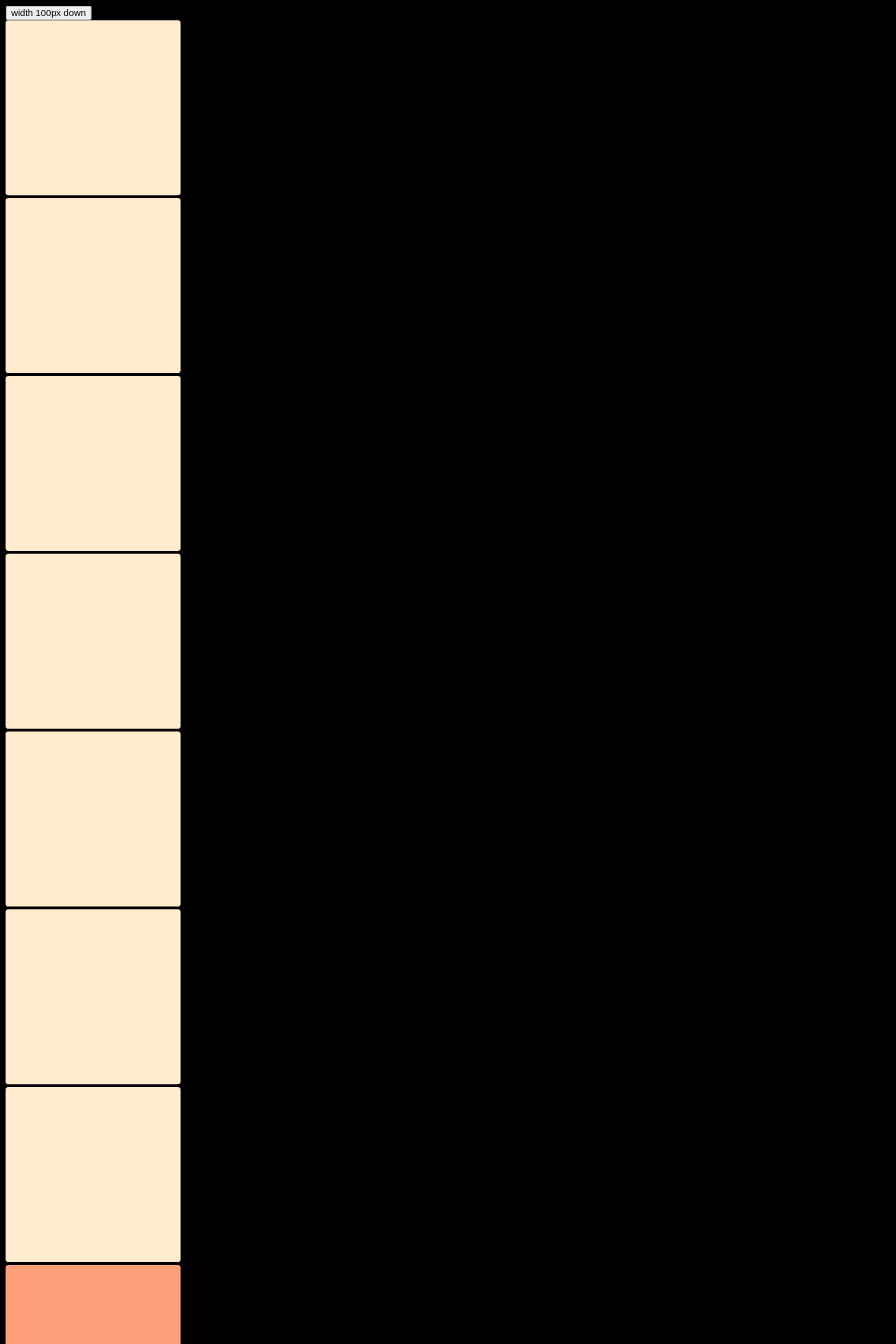
Repository: woojinShim/Browser-Study
Page: window-coordinates.html
The author's editor kept a copy of each file at every save. The page is drawn from the files as they stood at one save, then again after the next save.
The browser window is 1280 px wide. The pictures show the part of the page from y = 0 to 1920 px (the page is 2573 px tall before and 2577 px after), at 70% of full size.

Above is the page before, as saved 2022-02-02 20:36:46.

After the next save:
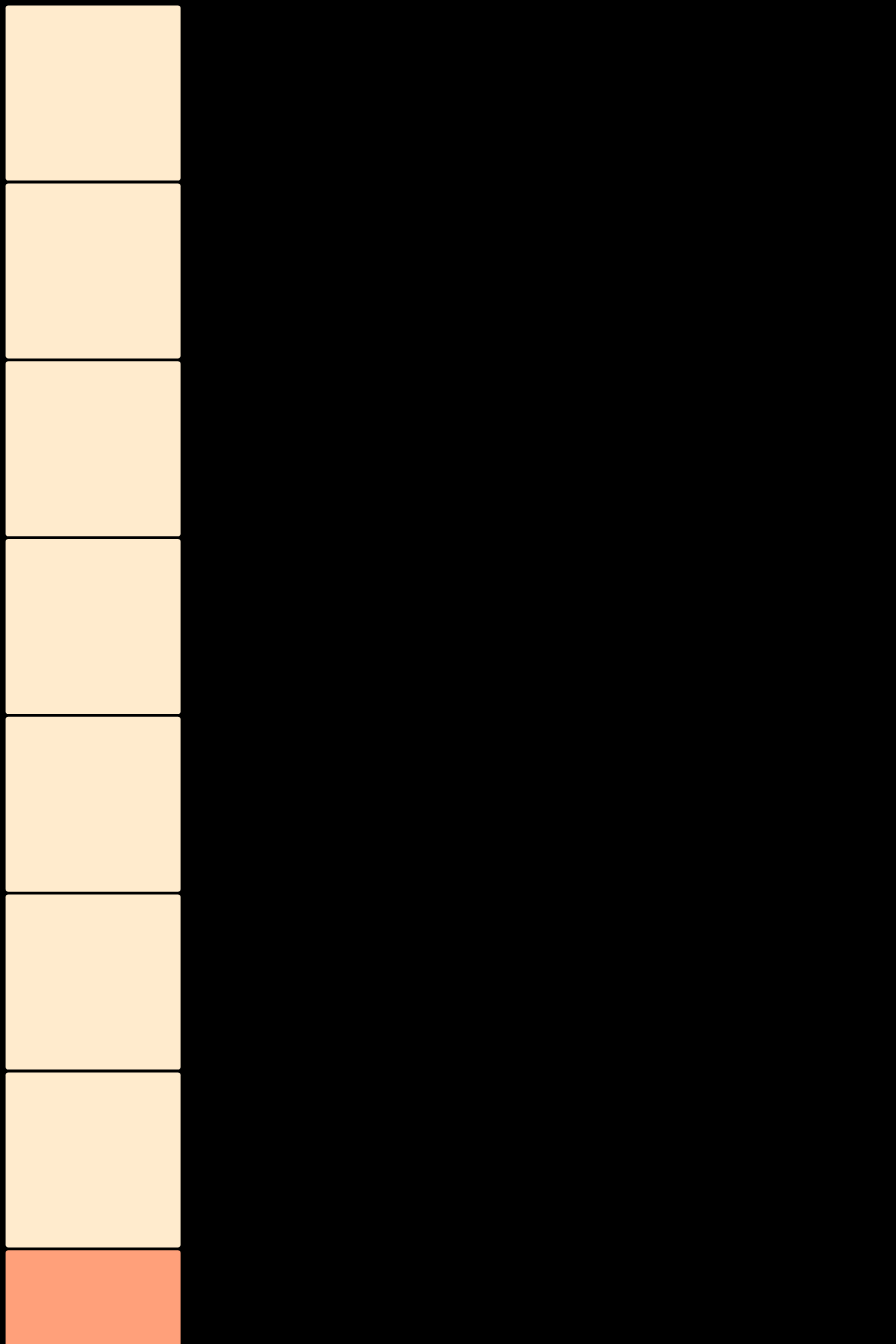
Saved 3 min 36 s later.
--- a/window-coordinates.html
+++ b/window-coordinates.html
@@ -22,10 +22,12 @@
         .special {
             background-color: lightsalmon;
         }
+
+
     </style>
 </head>
 <body>
-    <button>width 100px down</button>
+
     <div></div>
     <div></div>
     <div></div>
@@ -36,6 +38,11 @@
     <div class="special"></div>
     <div></div>
     <div></div>
+    <aside>
+        <button class="scroll-by">Scroll by 100px(y)</button>
+        <button class="scroll-to"></button>
+        <button class="scroll-into"></button>
+    </aside>
     <script>
         const special = document.querySelector('.special');
         special.addEventListener('click', (event) => {
